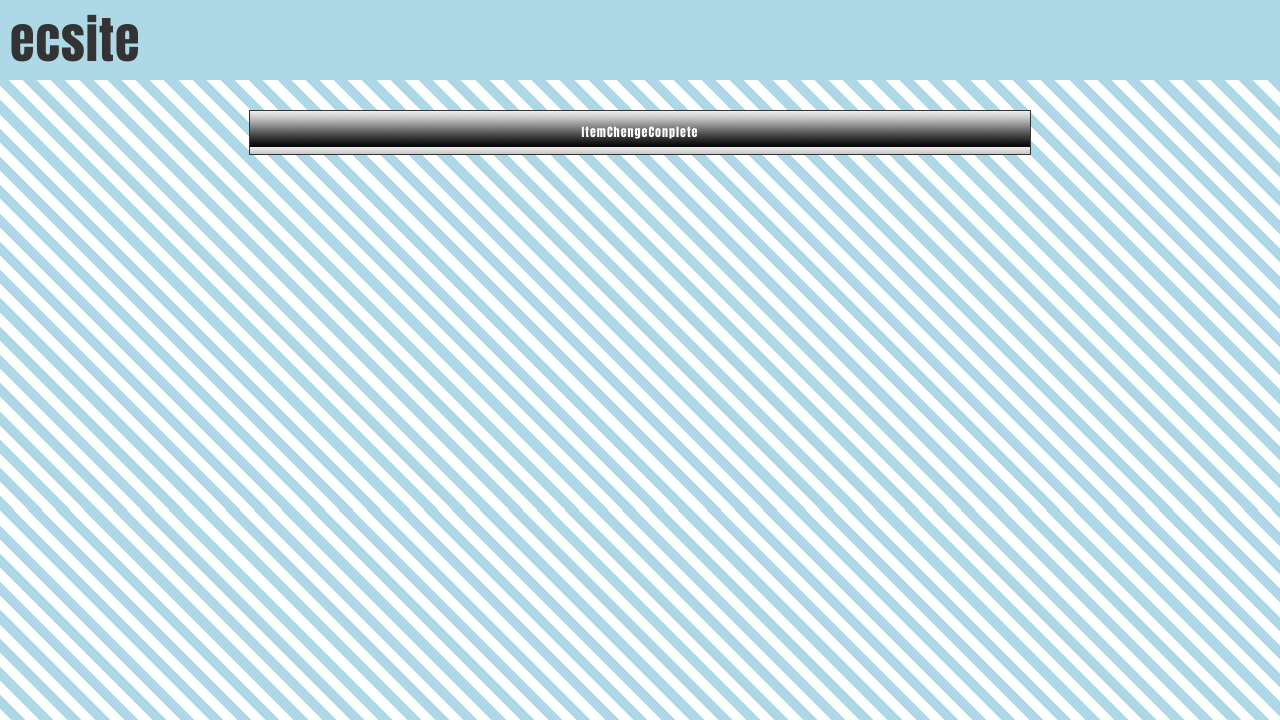
Repository: ryousukefujita-0423/test
Page: http://localhost/ecsite/itemChengeConplete.jsp
An editor plug-in stored every save of this project. The page is shown before and after the next save, followed by the edit.
The browser window is 1280 px wide. The pictures show the whole page.
The page is served by Tomcat 9. Other server files are loaded and not shown.

Above is the page before, as saved 2019-03-22 07:06:52.

### ecsite/WebContent/itemChengeConplete.jsp
<%@ page language="java" contentType="text/html; charset=UTF-8"
	pageEncoding="UTF-8"%>
<%@ taglib prefix="s" uri="/struts-tags"%>
<!DOCTYPE html>
<html>
<head>
<meta http-equiv="Content-Type" content="text/html; charset=UTF-8" />
<meta http-equiv="Content-Style-Type" content="text/css" />
<meta http-equiv="Content-Script-Type" content="text/javascript" />
<meta http-equiv="imagetoolbar" content="no" />
<meta name="description" content="" />
<meta name="keywords" content="" />
<link rel="stylesheet" type="text/css" href="./css/style.css">
<title>ItemChengeConplete</title>
</head>
<body>
	<div id="header">ecsite</div>
	<div id="main">
		<div id="top">
			<p>ItemChengeConplete</p>
		</div>
		<h2>
			<s:property value="msg" />
		</h2>
	</div>
</body>
</html>

### ecsite/WebContent/css/style.css
@CHARSET "UTF-8";

body {
	margin: 0;
	padding: 0;
	line-height: 1.6;
	letter-spacing: 1px;
	font-family: Verdana, Helvetica, sans-serif;
	font-size: 12px;
	color: #333;
	background: repeating-linear-gradient(45deg, lightblue, lightblue 10px, white 0,
		white 20px);
}

table {
	text-align: center;
	margin: 0 auto;
	border-collapse: collapse;
}

tr {
	background-color: white;
}

td {
	padding: 5px 10px;
	border: 1px solid black;
}

#top {
	width: 780px;
	margin: 30px auto;
	border: 1px solid #333;
	font-family: impact;
	background-image: url("../img/trbackba.jpg");
	background-position: top left;
	color: white;
	background-color: #eeeeff;
}

#header {
	widht: 100%;
	height: 80px;
	background-color: lightblue;
	line-height: 80px;
	font-family: impact;
	font-size: 50px;
	padding-left: 10px;
}

#kanri {
	clear: both;
	widht: 100%;
	height: 100px;
	line-height: 100px;
	text-align: center;
}

#main {
	widht: 100%;
	height: 100%;
	text-align: center;
	position: relative;
	min-height: 400px;
}

#footer {
	widht: 100%;
	height: 80px;
	background-color: lightblue;
	clear: both;
	font-family: impact;
	line-height: 80px;
	text-align: center;
	bottom: 0;
}

#text-center {
	display: inline-block;
	text-aligin: center;
}

#text-link {
	display: inline-block;
	text-aligin: right;
}

#text-center {
	display: inline-block;
	text-align: center;
}

#left {
	float: left;
	width: 50%;
	height: 200px;
}

#right {
	float: right;
	width: 50%;
	height: 200px;
}

#color {
	widht: 20px;
	height: 50px;
}

#checkbox_hidden {
	display: none;
}

#table_color {
	background-color: white;
}

#sold_color {
	color: red;
	border: 1px solid black;
}

#table_midashi {
	background-image: url("../img/trbackba.jpg");
	background-position: bottom left;
	color: white;
	background-color: #eeeeff;
}

#item_type {
	border-collapse: separate;
	border-spacing: 40px 20px;
}

After the next save:
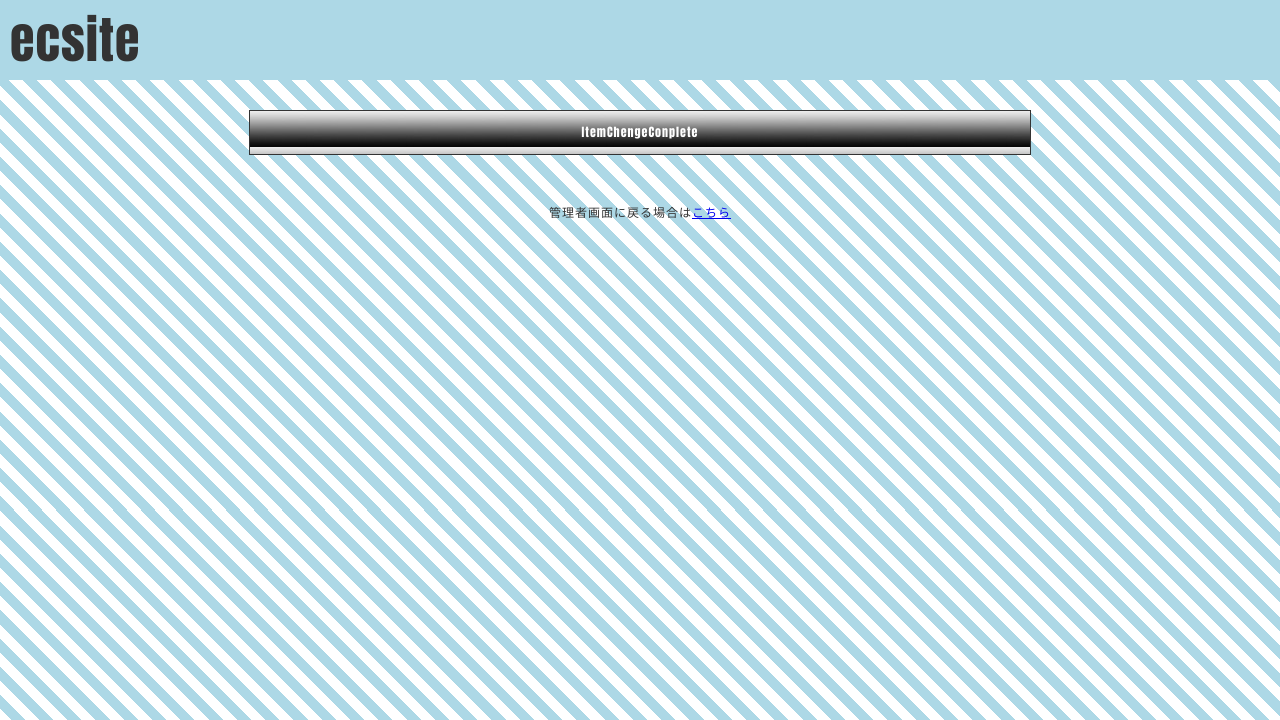
Saved 52 s later.
--- a/ecsite/WebContent/itemChengeConplete.jsp
+++ b/ecsite/WebContent/itemChengeConplete.jsp
@@ -22,6 +22,10 @@
 		<h2>
 			<s:property value="msg" />
 		</h2>
+		<br>
+		<div>
+			管理者画面に戻る場合は<a href="http://localhost:8080/ecsite/admin.jsp" />こちら</a>
+		</div>
 	</div>
 </body>
 </html>
